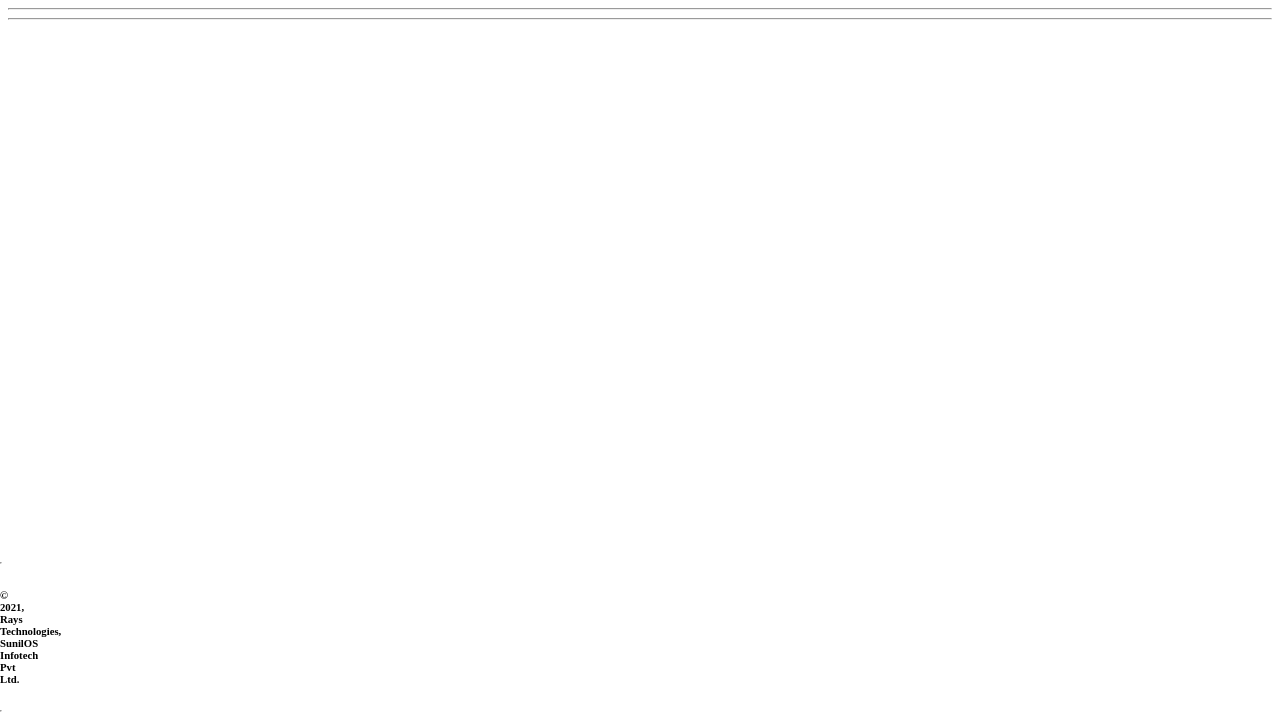
Repository: sachinmandloi1921/AdvanceJava
Page: http://localhost/Advance_Maven/footer.jsp
These files come from the project's save history. The page is drawn as it stood at one moment and after the next save; the edit follows.
The browser window is 1280 px wide. The pictures show the whole page.
The page is served by Tomcat 9.

Above is the page before, as saved 2022-07-14 10:55:24.

After the next save:
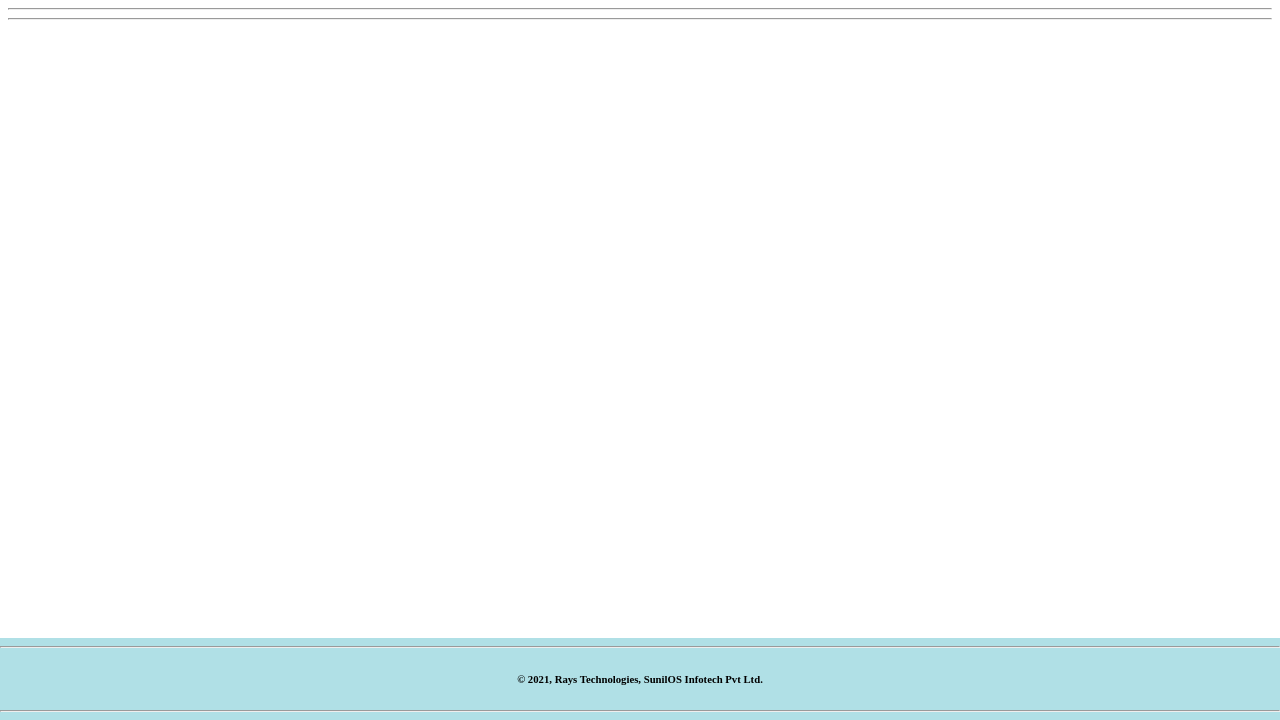
Saved 37 s later.
--- a/Advance Workspace/Advance_Maven/src/main/webapp/footer.jsp
+++ b/Advance Workspace/Advance_Maven/src/main/webapp/footer.jsp
@@ -10,8 +10,8 @@
 	position: fixed;
 	left: 0;
 	bottom: 0;
-	width: 0;
-	background-color: white;
+	width: 100%;
+	background-color:powderblue;
 	color: black;
 	text-align: center;
 }
